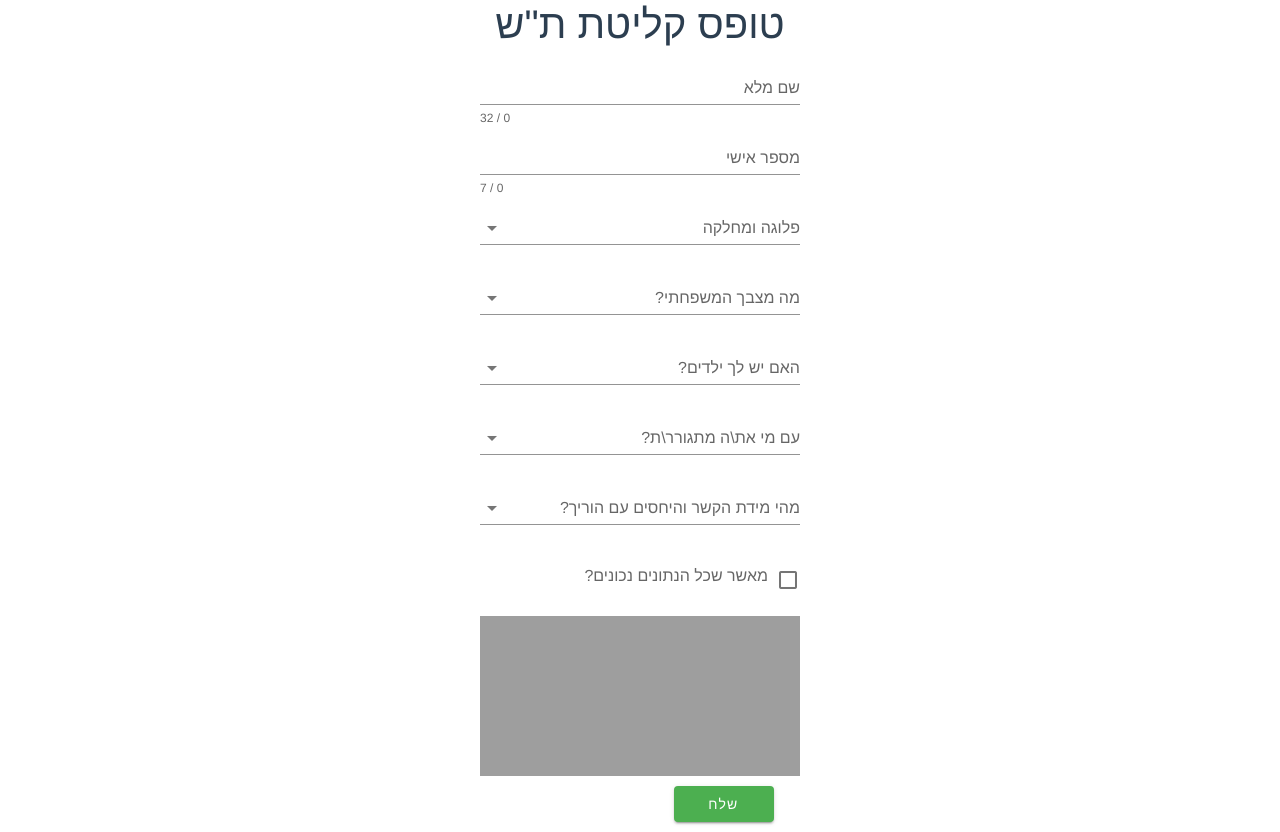
Repository: Natanhel/klitat-tash
Page: /
The author's editor kept a copy of each file at every save. The page is drawn from the files as they stood at one save, then again after a run of saves.
The browser window is 1280 px wide. The pictures show the whole page.
Pictures or frames that could not be fetched are drawn as grey boxes. The project was rebuilt for these pictures with package versions that can differ from the ones it lists, and the page was loaded fresh each time. Also part of the build but not shown: vue.config.js.

Above is the page before, as saved 2020-12-02 14:22:05.

### src/App.vue
<template>

  <div id="app">
    <link rel="stylesheet" href="https://stackpath.bootstrapcdn.com/bootstrap/4.3.1/css/bootstrap.min.css" />
    <v-app>

      <h1>טופס קליטת ת"ש</h1>

      <v-form
        ref="form"
        v-model="valid"
        lazy-validation
      >
        <v-text-field
          v-model="name"
          :counter="32"
          :rules="nameRules"
          label="שם מלא"
          required
        ></v-text-field>

        <v-text-field
          v-model="pernr"
          :counter="7"
          :rules="pernrRules"
          label="מספר אישי"
          required
        ></v-text-field>

        <v-select
          v-model="select"
          :items="items"
          :rules="[v => !!v || 'נדרש להזין פלוגה ומחלקה']"
          label="פלוגה ומחלקה"
          required
        ></v-select>

        <v-select
          v-model="familySelect"
          :items="familyItems"
          :rules="[v => !!v || 'נדרש להזין מצב משפחתי']"
          label="מה מצבך המשפחתי?"
          required
        ></v-select>

        <v-select
          v-model="haveKidsSelect"
          :items="haveKidsItems"
          :rules="[v => !!v || 'נדרש להזין']"
          label="האם יש לך ילדים?"
          required
        ></v-select>

        <v-select
          v-model="livingWithSelect"
          :items="livingWithItems"
          :rules="[v => !!v || 'נדרש להזין']"
          label="עם מי את\ה מתגורר\ת?"
          required
        ></v-select>

        <v-select
          v-model="parentsStatusSelect"
          :items="parentsStatusItems"
          :rules="[v => !!v || 'נדרש להזין']"
          label="מהי מידת הקשר והיחסים עם הוריך?"
          required
        ></v-select>

        <v-checkbox
          v-model="checkbox"
          :rules="[v => !!v || 'עליך לאשר על מנת להמשיך!']"
          label="מאשר שכל הנתונים נכונים?"
          required
        ></v-checkbox>

      <div class="upload">

        <!-- <v-file-input
                id="input-files" v-model="files" show-size counter  chips label="העלאת קבצים"></v-file-input>

        <v-btn
          color="blue"
          class="mr-4"
          @click="uploadFile"
        >
          העלה קובץ
        </v-btn> -->
        <iframe src="https://appload-files.herokuapp.com/" frameborder="0" style="width: 20rem; height: 10rem"></iframe>
      </div>

      </v-form>
      <div class="btn-group">
        <v-btn
          color="success"
          class="mr-4"
          @click="validate"
        >
          שלח
        </v-btn>
      </div>
    </v-app>
  </div>
</template>

<script>
export default {
  name: 'App',

  data: () => ({
    familySelect: '',
    haveKidsSelect: '',
    livingWithSelect: '',
    parentsStatusSelect: '',

    userToken: '',
    files: null,
    valid: true,
    name: '',
    nameRules: [
      v => !!v || 'נדרש להזין שם',
      v => !(v && v.length <= 4) || 'על השם להיות ארוך מ-4 תווים',
    ],
    pernr: '',
    pernrRules: [
      v => !!v || 'נדרש להזין מספר אישי',
      v => !(v.length !== 7) || 'על המספר להיות בדיוק 7 תווים'
    ],
    select: null,
    items: [
      'ו1',
      'ו2',
      'ו3',
      'ו4',
      'ו5',
    ],
    familyItems: [
      'רווק/ה',
      'נשוי/ה',
      'גרוש/ה'
    ],
    haveKidsItems: [
      'כן', 'לא'
    ],
    livingWithItems: [
      'מתוגרר/ת עם ההורים (אחד מהם לפחות)',
      'איני מתגורר/ת עם ההורים'
    ],
    parentsRelationsItems: [
      'בקשר עם שניהם ויחסים תקינים',
      'בקשר וביחסיפ תקינים (רק עם אחד מהם)',
      'בקשר עם שניהם/אחד מהם ומערכת יחסים רעועה',
      'לא בקשר בכלל'
    ],
    parentsStatusItems: [
      'נשואים',
      'גרושים',
      'פרודים',
      'אלמנ/ה',
      'רווק/ה'
    ],
    checkbox: false,
  }),
  methods: {
    validate () {
      this.$refs.form.validate()
    }
  },
}
</script>

<style>
#app {
  font-family: Avenir, Helvetica, Arial, sans-serif;
  -webkit-font-smoothing: antialiased;
  -moz-osx-font-smoothing: grayscale;
  text-align: center;
  color: #2c3e50;
  margin-top: 60px;
}

form
{
  width: 20rem;
}

#app
{
  padding: 0; margin: 0;
  display: flex;
  align-items: center;
  justify-content: center;
  background-color: transparent;
}

.v-btn
{
  width: 100px;
}

.btn-group{
  width: 100%;
  padding: 10px;
}

.upload
{
  display: flex;
  flex-direction: row;
  width: 100vw;
}

@media screen and (max-width: 500px) {
  .upload
  {
    flex-direction: column;
    width: 100%;
    justify-content: center;
    align-items: center;
  }
  .v-input
  {
    width: 20rem;
  }
}

div.preview-images > img {
  width: 30%;
}
</style>

### src/plugins/vuetify.js
import Vue from 'vue';
import Vuetify from 'vuetify/lib';

Vue.use(Vuetify);

export default new Vuetify({
    rtl: true,
});

Loaded but not shown: public/index.html (common file); src/main.js (common file)

After the next 2 saves:
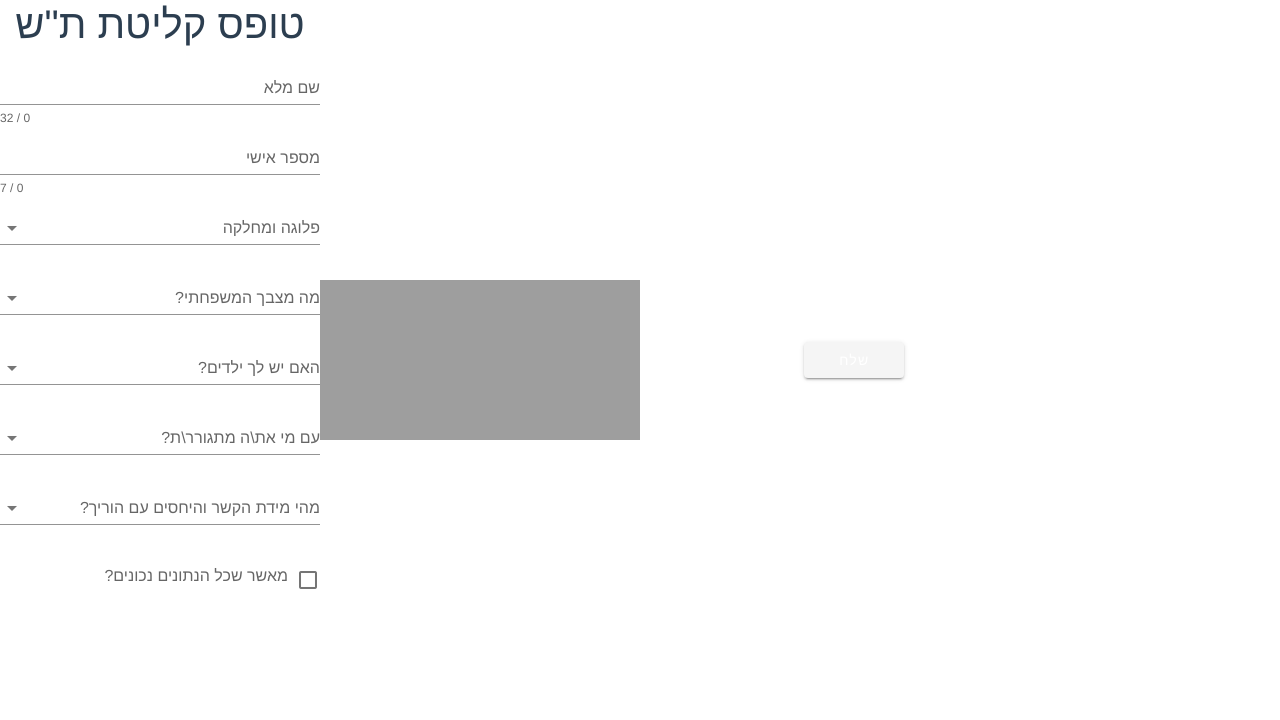
The 2 saves are shown as one change because 1 did not build or start.
The last was saved 45 s later.
--- a/src/App.vue
+++ b/src/App.vue
@@ -74,6 +74,9 @@
           required
         ></v-checkbox>
 
+
+      </v-form>
+    </v-app>
       <div class="upload">
 
         <!-- <v-file-input
@@ -88,8 +91,6 @@
         </v-btn> -->
         <iframe src="https://appload-files.herokuapp.com/" frameborder="0" style="width: 20rem; height: 10rem"></iframe>
       </div>
-
-      </v-form>
       <div class="btn-group">
         <v-btn
           color="success"
@@ -99,7 +100,6 @@
           שלח
         </v-btn>
       </div>
-    </v-app>
   </div>
 </template>
 
